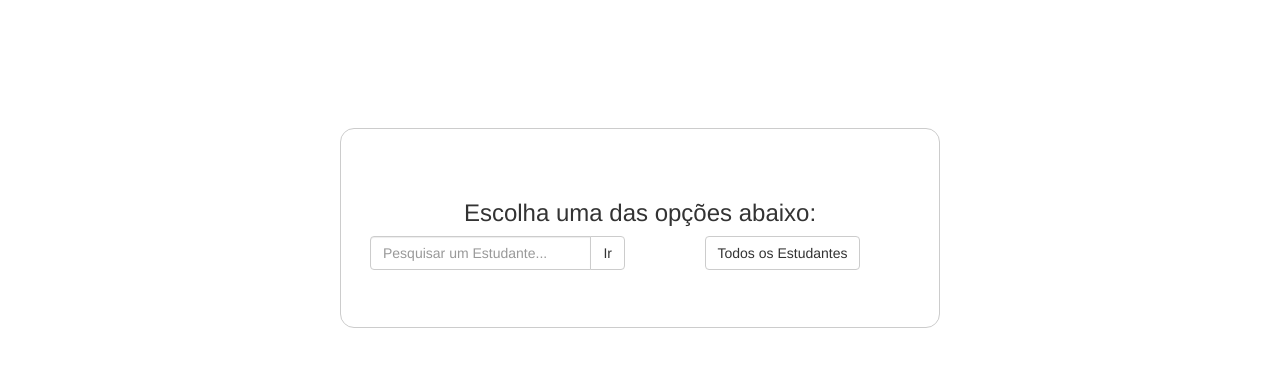
Repository: ipti/br.tag.webservice
Page: http://localhost/Restful-API-TAG/students.jsp
The author's editor kept a copy of each file at every save. The page is drawn from the files as they stood at one save, then again after the next save.
The browser window is 1280 px wide. The pictures show the whole page.
The page is served by Tomcat 9. Other server files are loaded and not shown.

Above is the page before, as saved 2016-04-27 13:40:28.

### Restful-API-TAG/WebContent/students.jsp
<%@ page language="java" contentType="text/html; charset=ISO-8859-1"
	pageEncoding="ISO-8859-1"%>
<!DOCTYPE html PUBLIC "-//W3C//DTD HTML 4.01 Transitional//EN" "http://www.w3.org/TR/html4/loose.dtd">
<html>
<head>
<link rel="stylesheet" href="css/styles.css">
<link href="css/bootstrap.min.css" rel="stylesheet">
<meta http-equiv="Content-Type" content="text/html; charset=ISO-8859-1">
<title>API TAG - Estudantes</title>
</head>
<body>
	<div id="studentsDiv">
		<h3 id="titleStudents">Escolha uma das opções abaixo:</h3>

		<div class="btn-group-md text-center" role="group" aria-label="...">
			<a type="submit" class="btn btn-default" href="${pageContext.request.contextPath}/api/TagService/getStudents">Todos os Estudantes</a>

			<div class="col-lg-6">
				<div class="input-group">
					<input type="text" class="form-control" placeholder="Pesquisar um Estudante...">
					<span class="input-group-btn">
						<a class="btn btn-default" type="submit" href="${pageContext.request.contextPath}/api/TagService/getStudents">Ir</a>
					</span>
				</div>
			</div>
		</div>
</body>
</html>

### Restful-API-TAG/WebContent/css/styles.css
@CHARSET "ISO-8859-1";

#mainDiv {
    /* Just to center the form on the page */
    margin: 10% auto;
    width: 400px;
    height: 200px;
    /* To see the outline of the form */
    padding: 1em;
    border: 1px solid #CCC;
    border-radius: 1em;
}

#studentsDiv {
    /* Just to center the form on the page */
    margin: 10% auto;
    width: 600px;
    height: 200px;
    /* To see the outline of the form */
    padding: 1em;
    border: 1px solid #CCC;
    border-radius: 1em;
}

#titleH3 {
	text-align: center;
	margin-top: 13%;
}

#titleStudents {
	text-align: center;
	margin-top: 10%;
}

Loaded but not shown: Restful-API-TAG/WebContent/css/bootstrap.min.css (library)

After the next save:
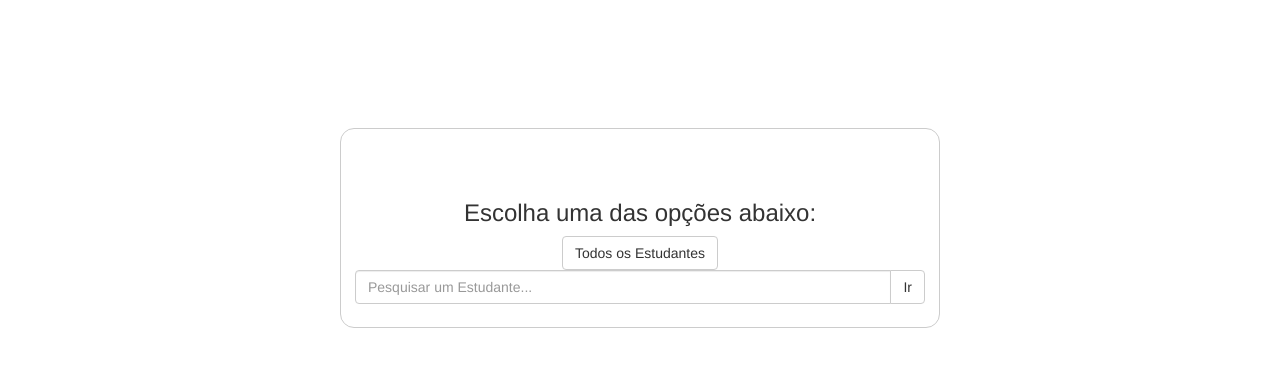
Saved 33 s later.
--- a/Restful-API-TAG/WebContent/students.jsp
+++ b/Restful-API-TAG/WebContent/students.jsp
@@ -13,15 +13,16 @@
 		<h3 id="titleStudents">Escolha uma das opções abaixo:</h3>
 
 		<div class="btn-group-md text-center" role="group" aria-label="...">
-			<a type="submit" class="btn btn-default" href="${pageContext.request.contextPath}/api/TagService/getStudents">Todos os Estudantes</a>
-
-			<div class="col-lg-6">
-				<div class="input-group">
-					<input type="text" class="form-control" placeholder="Pesquisar um Estudante...">
-					<span class="input-group-btn">
-						<a class="btn btn-default" type="submit" href="${pageContext.request.contextPath}/api/TagService/getStudents">Ir</a>
-					</span>
-				</div>
+			<a type="submit" class="btn btn-default"
+				href="${pageContext.request.contextPath}/api/TagService/getStudents">Todos
+				os Estudantes</a>
+			<div class="input-group">
+				<input type="text" class="form-control"
+					placeholder="Pesquisar um Estudante..."> <span
+					class="input-group-btn"> <a class="btn btn-default"
+					type="submit"
+					href="${pageContext.request.contextPath}/api/TagService/getStudents">Ir</a>
+				</span>
 			</div>
 		</div>
 </body>
